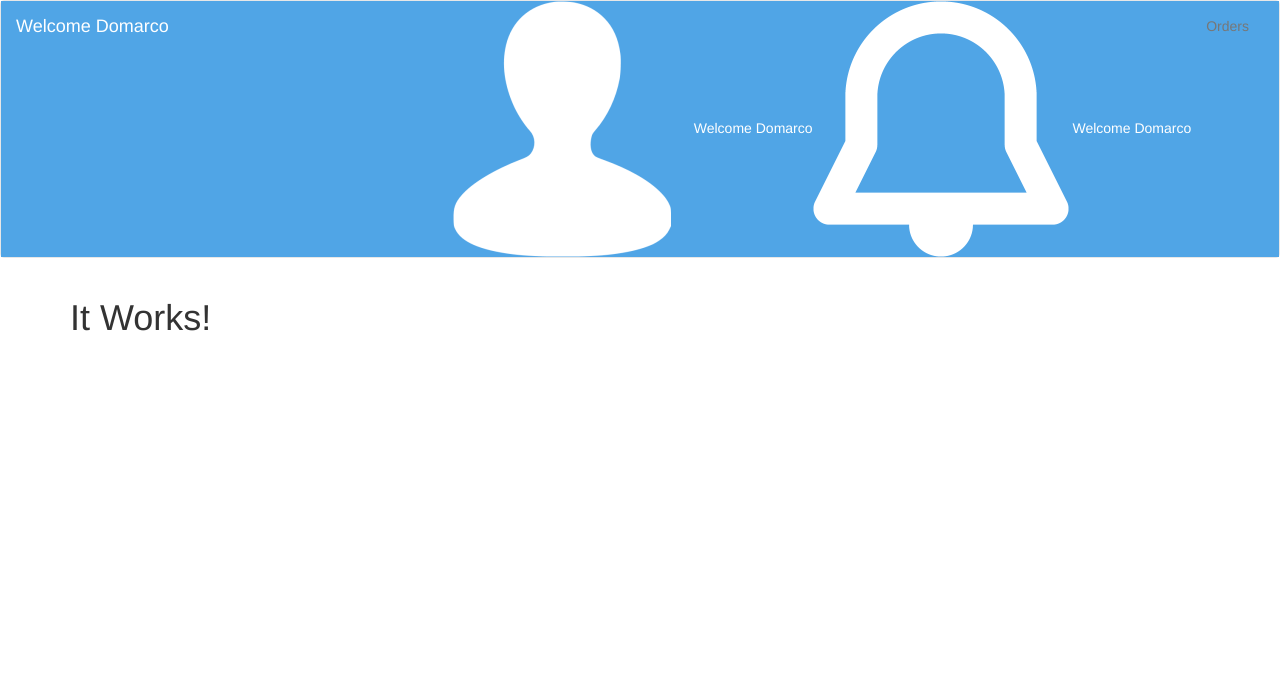
Repository: PrestasiBengis/PBO2-FinalProject
Page: http://localhost/FinalProject_-_Sistem_SKKM/MainFrame.jsp
An editor plug-in stored every save of this project. The page is shown before and after the next save, followed by the edit.
The browser window is 1280 px wide. The pictures show the whole page.
The page is served by Tomcat 9. Other server files are loaded and not shown.

Above is the page before, as saved 2015-05-22 10:29:03.

### FinalProject - Sistem SKKM/WebContent/MainFrame.jsp
<%@ page language="java" contentType="text/html; charset=ISO-8859-1"
    pageEncoding="ISO-8859-1"%>
<%@ page import = "com.fantastic5.skkmprogram.*" %>


<!DOCTYPE html PUBLIC "-//W3C//DTD HTML 4.01 Transitional//EN" "http://www.w3.org/TR/html4/loose.dtd">
<html lang="en">
  <head>
    <meta charset="utf-8">
    <meta http-equiv="X-UA-Compatible" content="IE=edge">
    <meta name="viewport" content="width=device-width, initial-scale=1">
    <!-- The above 3 meta tags *must* come first in the head; any other head content must come *after* these tags -->
    <title>Products - IF532 JSP</title>

    <!-- Bootstrap -->
    <link href="css/bootstrap.min.css" rel="stylesheet">
	<link href="css/dataTables.bootstrap.css" rel="stylesheet">

    <!-- HTML5 shim and Respond.js for IE8 support of HTML5 elements and media queries -->
    <!-- WARNING: Respond.js doesn't work if you view the page via file:// -->
    <!--[if lt IE 9]>
      <script src="https://oss.maxcdn.com/html5shiv/3.7.2/html5shiv.min.js"></script>
      <script src="https://oss.maxcdn.com/respond/1.4.2/respond.min.js"></script>
    <![endif]-->

	<!-- jQuery (necessary for Bootstrap's JavaScript plugins) -->
    <script src="js/jquery-1.11.3.min.js"></script>
    <!-- Include all compiled plugins (below), or include individual files as needed -->
    <script src="js/bootstrap.min.js"></script>
	<script src="js/jquery.dataTables.min.js"></script>
	<script src="js/dataTables.bootstrap.js"></script>

	<style type="text/css">
		body { font-size: 140%; }

		#header{
			background: #50A5E6;
			color: #fff;
		}
	</style>



  </head>

  <body>
	<nav class="navbar navbar-default">
		<div class="container-fluid" id="header">
			<!-- Brand and toggle get grouped for better mobile display -->
			<div class="navbar-header">
			  <button type="button" class="navbar-toggle collapsed" data-toggle="collapse" data-target="#bs-example-navbar-collapse-1">
				<span class="sr-only">Toggle navigation</span>
				<span class="icon-bar"></span>
				<span class="icon-bar"></span>
				<span class="icon-bar"></span>
			  </button>
			  <a class="navbar-brand" href="#" style="color: white;">Welcome Domarco</a>
			</div>

			<!-- Collect the nav links, forms, and other content for toggling -->
			<div class="collapse navbar-collapse" id="bs-example-navbar-collapse-1" >
			  <ul class="nav navbar-nav navbar-right" >
				<li class="active">
					<img src="./icon/contacts.png"> Welcome Domarco
				</li>
				<li>
					<img src="./icon/bell.png"> Welcome Domarco
				</li>
				<li>
					<a href="#" >Orders<span class="sr-only">(current)</span></a>
				</li>
			  </ul>
			</div><!-- /.navbar-collapse -->
		</div><!-- /.container-fluid -->
	</nav>

	<script type="text/javascript">
		$(document).ready(function() {
			$('#example').dataTable();
		} );
	</script>

	<div class="container">

		<h1> It Works!</h1>
	</div>


  </body>
</html>

Loaded but not shown: FinalProject - Sistem SKKM/WebContent/css/bootstrap.min.css (library); FinalProject - Sistem SKKM/WebContent/css/dataTables.bootstrap.css (common file); FinalProject - Sistem SKKM/WebContent/js/jquery-1.11.3.min.js (library); FinalProject - Sistem SKKM/WebContent/js/bootstrap.min.js (library); FinalProject - Sistem SKKM/WebContent/js/jquery.dataTables.min.js (library); FinalProject - Sistem SKKM/WebContent/js/dataTables.bootstrap.js (common file)

After the next save:
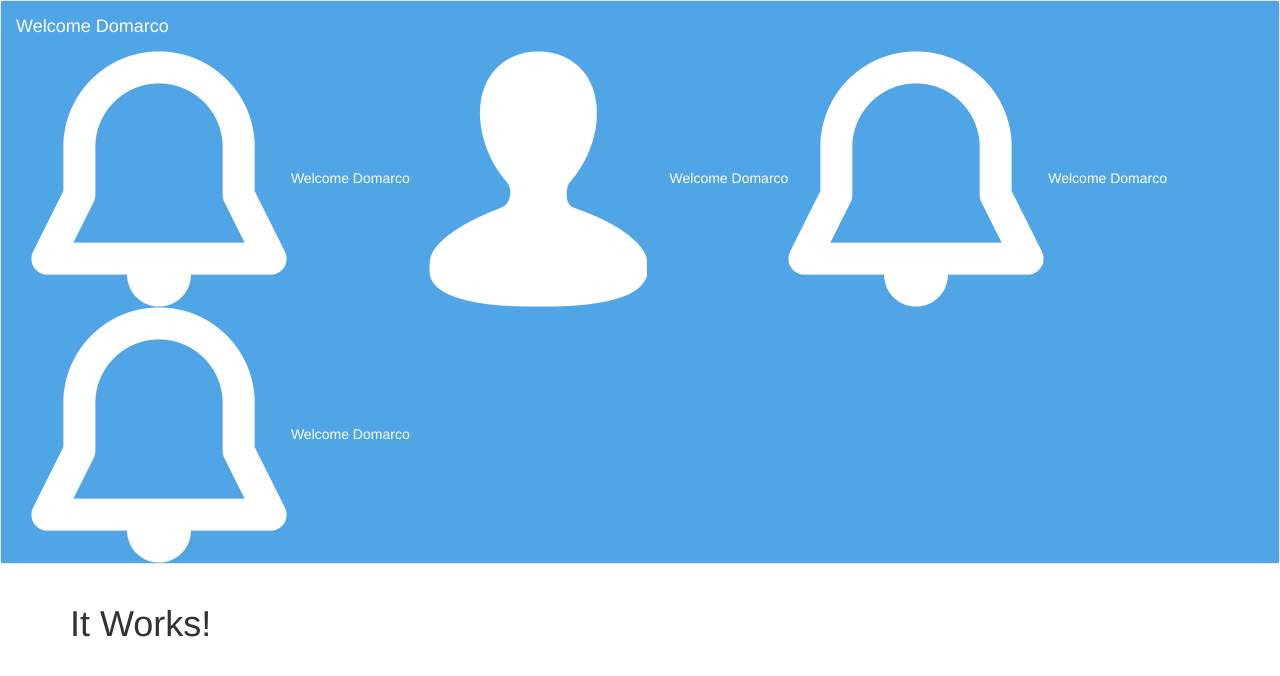
Saved 33 s later.
--- a/FinalProject - Sistem SKKM/WebContent/MainFrame.jsp
+++ b/FinalProject - Sistem SKKM/WebContent/MainFrame.jsp
@@ -60,6 +60,9 @@
 			<!-- Collect the nav links, forms, and other content for toggling -->
 			<div class="collapse navbar-collapse" id="bs-example-navbar-collapse-1" >
 			  <ul class="nav navbar-nav navbar-right" >
+				<li>
+					<img src="./icon/bell.png"> Welcome Domarco
+				</li>
 				<li class="active">
 					<img src="./icon/contacts.png"> Welcome Domarco
 				</li>
@@ -67,7 +70,7 @@
 					<img src="./icon/bell.png"> Welcome Domarco
 				</li>
 				<li>
-					<a href="#" >Orders<span class="sr-only">(current)</span></a>
+					<img src="./icon/bell.png"> Welcome Domarco
 				</li>
 			  </ul>
 			</div><!-- /.navbar-collapse -->
